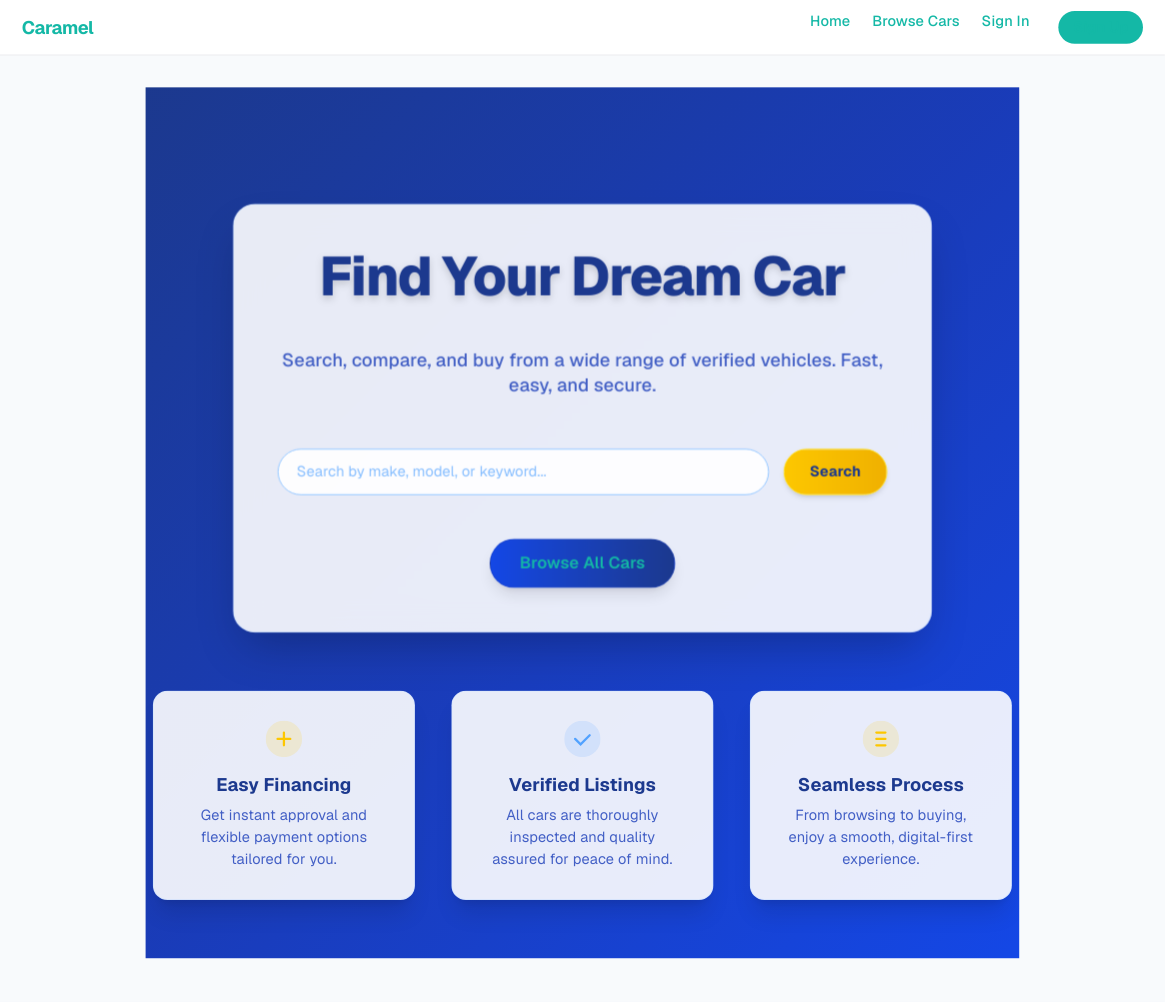
Repository: virat07/sellyourcar
Page: /
These files come from the project's save history. The page is drawn as it stood at one moment and after the next save; the edit follows.
The browser window is 1280 px wide. The pictures show the whole page, at 91% of full size.
The project was rebuilt for these pictures with package versions that can differ from the ones it lists, and the page was loaded fresh each time. The framework's server and built-in components were replaced by stand-ins that run in the browser. Also part of the build but not shown: next.config.ts.

Above is the page before, as saved 2025-07-18 15:15:16.

### src/app/layout.tsx
import type { Metadata } from "next";
import { Geist, Geist_Mono } from "next/font/google";
import "./globals.css";
import NavBar from "../components/NavBar";

const geistSans = Geist({
  variable: "--font-geist-sans",
  subsets: ["latin"],
});

const geistMono = Geist_Mono({
  variable: "--font-geist-mono",
  subsets: ["latin"],
});

export const metadata: Metadata = {
  title: "Create Next App",
  description: "Generated by create next app",
};

export default function RootLayout({
  children,
}: Readonly<{
  children: React.ReactNode;
}>) {
  return (
    <html lang="en">
      <body className={`${geistSans.variable} ${geistMono.variable} antialiased bg-[var(--background)] text-[var(--foreground)]`}>
        <NavBar />
        <div className="max-w-5xl mx-auto px-4 sm:px-8 pt-24 pb-12">
          {children}
        </div>
      </body>
    </html>
  );
}

### src/app/page.tsx
import Link from "next/link";

export default function Home() {
  return (
    <main className="relative flex flex-col items-center justify-center min-h-[90vh] pt-32 pb-16 px-1 overflow-hidden bg-gradient-to-br from-blue-900 via-blue-800 to-blue-700">
      {/* Layered background shapes */}
      <div className="absolute inset-0 -z-10">
        <div className="absolute top-0 left-1/2 -translate-x-1/2 w-[120vw] h-[60vh] bg-gradient-to-r from-yellow-400/20 via-blue-400/10 to-blue-900/30 rounded-full blur-3xl" />
        <div className="absolute bottom-0 right-0 w-1/2 h-1/3 bg-gradient-to-tr from-yellow-300/10 to-blue-400/10 rounded-full blur-2xl" />
      </div>
      {/* Hero Section */}
      <section className="relative z-10 max-w-3xl w-full mx-auto bg-white/90 dark:bg-blue-950/80 backdrop-blur-lg rounded-3xl shadow-2xl border border-blue-200/40 p-12 flex flex-col items-center gap-8">
        <h1 className="text-5xl sm:text-6xl font-extrabold tracking-tight mb-4 text-blue-900 dark:text-white drop-shadow-lg text-center">
          Find Your Dream Car
        </h1>
        <p className="text-lg sm:text-xl text-blue-800/80 dark:text-blue-100/80 font-medium mb-6 text-center">
          Search, compare, and buy from a wide range of verified vehicles. Fast, easy, and secure.
        </p>
        {/* Search Bar */}
        <form className="w-full flex flex-col sm:flex-row items-center gap-4 mb-4">
          <input
            type="text"
            placeholder="Search by make, model, or keyword..."
            className="flex-1 px-5 py-3 rounded-full border border-blue-300 focus:border-yellow-400 focus:ring-2 focus:ring-yellow-300 outline-none text-lg bg-white/90 dark:bg-blue-900/80 text-blue-900 dark:text-white placeholder:text-blue-400/70"
            aria-label="Search cars"
          />
          <button
            type="submit"
            className="px-7 py-3 bg-gradient-to-r from-yellow-400 to-yellow-500 text-blue-900 font-bold rounded-full shadow-md hover:from-yellow-500 hover:to-yellow-400 transition-all text-lg border border-yellow-300"
          >
            Search
          </button>
        </form>
        <Link
          href="/cars"
          className="inline-block px-8 py-3 bg-gradient-to-r from-blue-700 to-blue-900 text-white text-lg font-semibold rounded-full shadow-lg hover:from-blue-900 hover:to-blue-700 transition-all border border-blue-800/40"
        >
          Browse All Cars
        </Link>
      </section>
      {/* Feature Highlights */}
      <section className="relative z-10 w-full max-w-5xl mx-auto grid grid-cols-1 sm:grid-cols-3 gap-10 mt-16 px-1">
        <div className="bg-white/90 dark:bg-blue-950/80 border border-blue-200/40 rounded-2xl p-8 shadow-xl flex flex-col items-center">
          <svg width="40" height="40" fill="none" className="mb-4 text-yellow-400"><circle cx="20" cy="20" r="20" fill="currentColor" fillOpacity="0.15"/><path d="M13 20h14M20 13v14" stroke="currentColor" strokeWidth="2.5" strokeLinecap="round"/></svg>
          <h3 className="font-bold text-xl mb-2 text-blue-900 dark:text-white">Easy Financing</h3>
          <p className="text-base text-blue-800/80 dark:text-blue-100/80 text-center">Get instant approval and flexible payment options tailored for you.</p>
        </div>
        <div className="bg-white/90 dark:bg-blue-950/80 border border-blue-200/40 rounded-2xl p-8 shadow-xl flex flex-col items-center">
          <svg width="40" height="40" fill="none" className="mb-4 text-blue-400"><circle cx="20" cy="20" r="20" fill="currentColor" fillOpacity="0.15"/><path d="M12 20l6 6 10-10" stroke="currentColor" strokeWidth="2.5" strokeLinecap="round"/></svg>
          <h3 className="font-bold text-xl mb-2 text-blue-900 dark:text-white">Verified Listings</h3>
          <p className="text-base text-blue-800/80 dark:text-blue-100/80 text-center">All cars are thoroughly inspected and quality assured for peace of mind.</p>
        </div>
        <div className="bg-white/90 dark:bg-blue-950/80 border border-blue-200/40 rounded-2xl p-8 shadow-xl flex flex-col items-center">
          <svg width="40" height="40" fill="none" className="mb-4 text-yellow-400"><circle cx="20" cy="20" r="20" fill="currentColor" fillOpacity="0.15"/><path d="M15 27h10M15 20h10M15 13h10" stroke="currentColor" strokeWidth="2.5" strokeLinecap="round"/></svg>
          <h3 className="font-bold text-xl mb-2 text-blue-900 dark:text-white">Seamless Process</h3>
          <p className="text-base text-blue-800/80 dark:text-blue-100/80 text-center">From browsing to buying, enjoy a smooth, digital-first experience.</p>
        </div>
      </section>
    </main>
  );
}

### src/app/globals.css
@import "tailwindcss";

:root {
  --background: #f8fafc;
  --foreground: #18181b;
  --accent: #14b8a6;
  --border: #e5e7eb;
}

@media (prefers-color-scheme: dark) {
  :root {
    --background: #18181b;
    --foreground: #f1f5f9;
    --accent: #2dd4bf;
    --border: #334155;
  }
}

body {
  background: var(--background);
  color: var(--foreground);
  font-family: var(--font-geist-sans, Arial, Helvetica, sans-serif);
  font-weight: 400;
  letter-spacing: 0.01em;
  line-height: 1.6;
  margin: 0;
  padding: 0;
}

* {
  box-sizing: border-box;
}

a {
  color: var(--accent);
  text-decoration: none;
  transition: color 0.2s;
}
a:hover {
  text-decoration: underline;
  color: #0d9488;
}

input, button, textarea, select {
  font-family: inherit;
  font-size: 1rem;
}

### src/components/NavBar.tsx
import Link from "next/link";

export default function NavBar() {
  return (
    <nav className="w-full bg-white border-b border-[var(--border)] py-3 px-6 flex items-center justify-between fixed top-0 left-0 z-50 shadow-none">
      <div className="text-xl font-bold tracking-tight text-[var(--accent)]">
        <Link href="/">Caramel</Link>
      </div>
      <div className="flex gap-6 text-base font-medium">
        <Link href="/" className="hover:text-[var(--accent)] transition-colors">Home</Link>
        <Link href="/cars" className="hover:text-[var(--accent)] transition-colors">Browse Cars</Link>
        <Link href="/auth/signin" className="hover:text-[var(--accent)] transition-colors">Sign In</Link>
        <Link href="/auth/signup" className="ml-2 px-4 py-1.5 bg-[var(--accent)] text-white rounded-full hover:bg-blue-700 transition-colors font-semibold">Sign Up</Link>
      </div>
    </nav>
  );
}

After the next save:
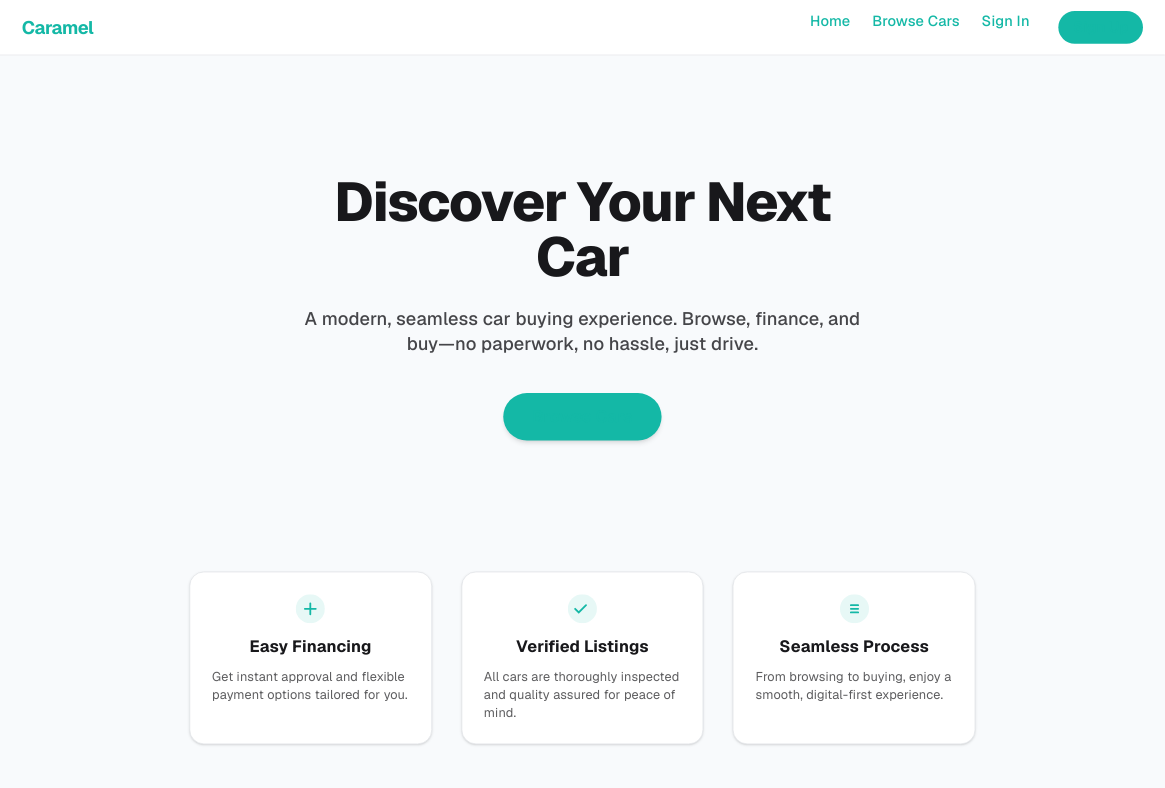
Saved 32 s later.
--- a/src/app/page.tsx
+++ b/src/app/page.tsx
@@ -2,58 +2,36 @@ import Link from "next/link";
 
 export default function Home() {
   return (
-    <main className="relative flex flex-col items-center justify-center min-h-[90vh] pt-32 pb-16 px-1 overflow-hidden bg-gradient-to-br from-blue-900 via-blue-800 to-blue-700">
-      {/* Layered background shapes */}
-      <div className="absolute inset-0 -z-10">
-        <div className="absolute top-0 left-1/2 -translate-x-1/2 w-[120vw] h-[60vh] bg-gradient-to-r from-yellow-400/20 via-blue-400/10 to-blue-900/30 rounded-full blur-3xl" />
-        <div className="absolute bottom-0 right-0 w-1/2 h-1/3 bg-gradient-to-tr from-yellow-300/10 to-blue-400/10 rounded-full blur-2xl" />
-      </div>
-      {/* Hero Section */}
-      <section className="relative z-10 max-w-3xl w-full mx-auto bg-white/90 dark:bg-blue-950/80 backdrop-blur-lg rounded-3xl shadow-2xl border border-blue-200/40 p-12 flex flex-col items-center gap-8">
-        <h1 className="text-5xl sm:text-6xl font-extrabold tracking-tight mb-4 text-blue-900 dark:text-white drop-shadow-lg text-center">
-          Find Your Dream Car
+    <main className="flex flex-col items-center justify-center min-h-[80vh]">
+      <section className="w-full max-w-2xl mx-auto text-center py-24 px-4">
+        <h1 className="text-5xl sm:text-6xl font-extrabold tracking-tight mb-6 text-[var(--foreground)]">
+          Discover Your Next Car
         </h1>
-        <p className="text-lg sm:text-xl text-blue-800/80 dark:text-blue-100/80 font-medium mb-6 text-center">
-          Search, compare, and buy from a wide range of verified vehicles. Fast, easy, and secure.
+        <p className="text-lg sm:text-xl text-[var(--foreground)]/80 font-medium mb-10">
+          A modern, seamless car buying experience. Browse, finance, and buy—no paperwork, no hassle, just drive.
         </p>
-        {/* Search Bar */}
-        <form className="w-full flex flex-col sm:flex-row items-center gap-4 mb-4">
-          <input
-            type="text"
-            placeholder="Search by make, model, or keyword..."
-            className="flex-1 px-5 py-3 rounded-full border border-blue-300 focus:border-yellow-400 focus:ring-2 focus:ring-yellow-300 outline-none text-lg bg-white/90 dark:bg-blue-900/80 text-blue-900 dark:text-white placeholder:text-blue-400/70"
-            aria-label="Search cars"
-          />
-          <button
-            type="submit"
-            className="px-7 py-3 bg-gradient-to-r from-yellow-400 to-yellow-500 text-blue-900 font-bold rounded-full shadow-md hover:from-yellow-500 hover:to-yellow-400 transition-all text-lg border border-yellow-300"
-          >
-            Search
-          </button>
-        </form>
         <Link
           href="/cars"
-          className="inline-block px-8 py-3 bg-gradient-to-r from-blue-700 to-blue-900 text-white text-lg font-semibold rounded-full shadow-lg hover:from-blue-900 hover:to-blue-700 transition-all border border-blue-800/40"
+          className="inline-block px-8 py-3 bg-[var(--accent)] text-white text-lg font-semibold rounded-full shadow-md hover:bg-opacity-90 transition"
         >
-          Browse All Cars
+          Browse Cars
         </Link>
       </section>
-      {/* Feature Highlights */}
-      <section className="relative z-10 w-full max-w-5xl mx-auto grid grid-cols-1 sm:grid-cols-3 gap-10 mt-16 px-1">
-        <div className="bg-white/90 dark:bg-blue-950/80 border border-blue-200/40 rounded-2xl p-8 shadow-xl flex flex-col items-center">
-          <svg width="40" height="40" fill="none" className="mb-4 text-yellow-400"><circle cx="20" cy="20" r="20" fill="currentColor" fillOpacity="0.15"/><path d="M13 20h14M20 13v14" stroke="currentColor" strokeWidth="2.5" strokeLinecap="round"/></svg>
-          <h3 className="font-bold text-xl mb-2 text-blue-900 dark:text-white">Easy Financing</h3>
-          <p className="text-base text-blue-800/80 dark:text-blue-100/80 text-center">Get instant approval and flexible payment options tailored for you.</p>
+      <section className="w-full max-w-4xl mx-auto grid grid-cols-1 sm:grid-cols-3 gap-8 mt-12 px-4">
+        <div className="bg-white dark:bg-[#23272f] border border-[var(--border)] rounded-2xl p-6 shadow-sm flex flex-col items-center">
+          <svg width="32" height="32" fill="none" className="mb-3 text-[var(--accent)]"><circle cx="16" cy="16" r="16" fill="currentColor" fillOpacity="0.1"/><path d="M10 16h12M16 10v12" stroke="currentColor" strokeWidth="2" strokeLinecap="round"/></svg>
+          <h3 className="font-bold text-lg mb-2">Easy Financing</h3>
+          <p className="text-sm text-[var(--foreground)]/70">Get instant approval and flexible payment options tailored for you.</p>
         </div>
-        <div className="bg-white/90 dark:bg-blue-950/80 border border-blue-200/40 rounded-2xl p-8 shadow-xl flex flex-col items-center">
-          <svg width="40" height="40" fill="none" className="mb-4 text-blue-400"><circle cx="20" cy="20" r="20" fill="currentColor" fillOpacity="0.15"/><path d="M12 20l6 6 10-10" stroke="currentColor" strokeWidth="2.5" strokeLinecap="round"/></svg>
-          <h3 className="font-bold text-xl mb-2 text-blue-900 dark:text-white">Verified Listings</h3>
-          <p className="text-base text-blue-800/80 dark:text-blue-100/80 text-center">All cars are thoroughly inspected and quality assured for peace of mind.</p>
+        <div className="bg-white dark:bg-[#23272f] border border-[var(--border)] rounded-2xl p-6 shadow-sm flex flex-col items-center">
+          <svg width="32" height="32" fill="none" className="mb-3 text-[var(--accent)]"><circle cx="16" cy="16" r="16" fill="currentColor" fillOpacity="0.1"/><path d="M8 16l4 4 8-8" stroke="currentColor" strokeWidth="2" strokeLinecap="round"/></svg>
+          <h3 className="font-bold text-lg mb-2">Verified Listings</h3>
+          <p className="text-sm text-[var(--foreground)]/70">All cars are thoroughly inspected and quality assured for peace of mind.</p>
         </div>
-        <div className="bg-white/90 dark:bg-blue-950/80 border border-blue-200/40 rounded-2xl p-8 shadow-xl flex flex-col items-center">
-          <svg width="40" height="40" fill="none" className="mb-4 text-yellow-400"><circle cx="20" cy="20" r="20" fill="currentColor" fillOpacity="0.15"/><path d="M15 27h10M15 20h10M15 13h10" stroke="currentColor" strokeWidth="2.5" strokeLinecap="round"/></svg>
-          <h3 className="font-bold text-xl mb-2 text-blue-900 dark:text-white">Seamless Process</h3>
-          <p className="text-base text-blue-800/80 dark:text-blue-100/80 text-center">From browsing to buying, enjoy a smooth, digital-first experience.</p>
+        <div className="bg-white dark:bg-[#23272f] border border-[var(--border)] rounded-2xl p-6 shadow-sm flex flex-col items-center">
+          <svg width="32" height="32" fill="none" className="mb-3 text-[var(--accent)]"><circle cx="16" cy="16" r="16" fill="currentColor" fillOpacity="0.1"/><path d="M12 20h8M12 16h8M12 12h8" stroke="currentColor" strokeWidth="2" strokeLinecap="round"/></svg>
+          <h3 className="font-bold text-lg mb-2">Seamless Process</h3>
+          <p className="text-sm text-[var(--foreground)]/70">From browsing to buying, enjoy a smooth, digital-first experience.</p>
         </div>
       </section>
     </main>
